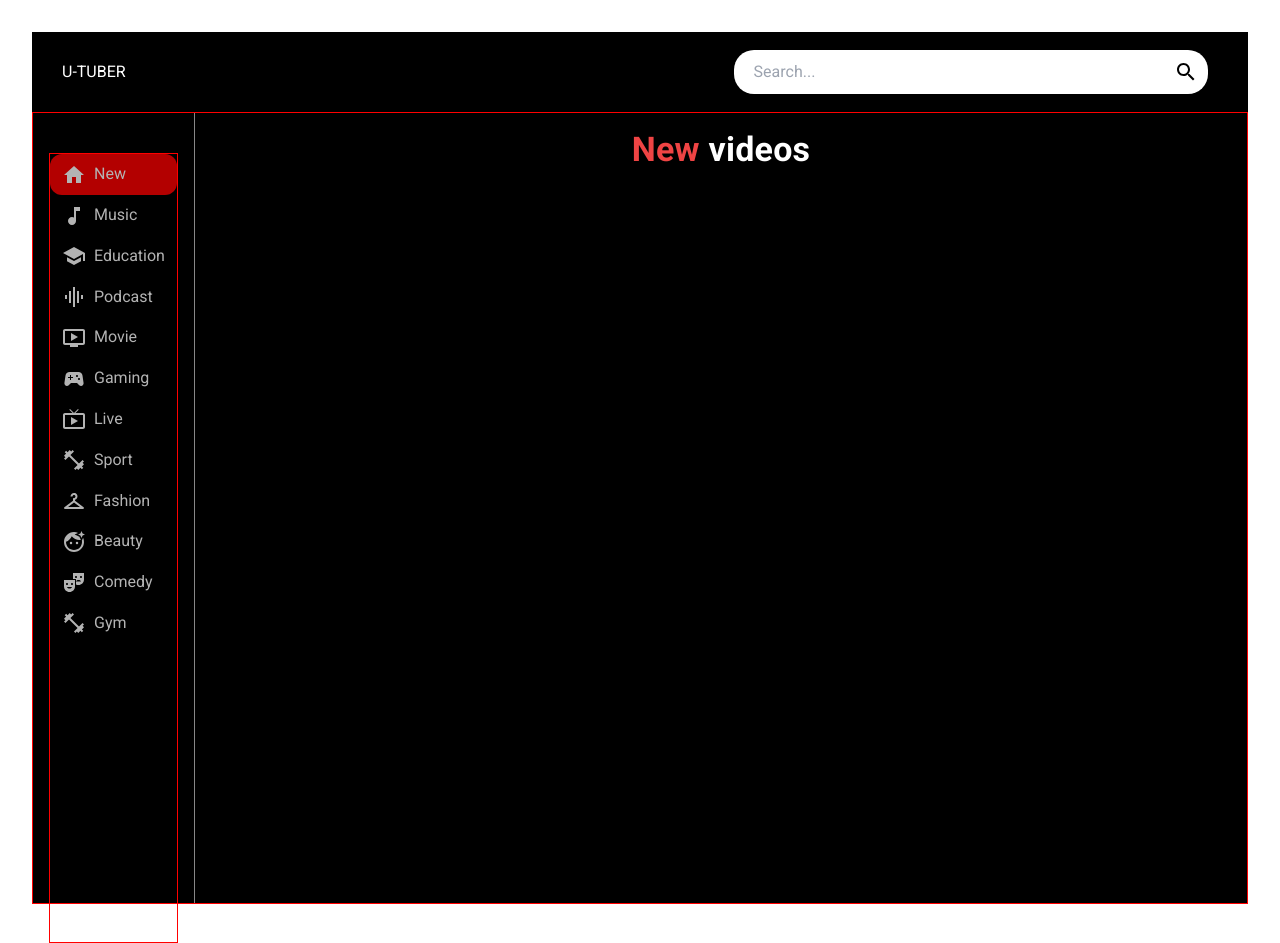
Repository: Nurlan-Bakenbaev/YoutubeClone
Page: /
An editor plug-in stored every save of this project. The page is shown before and after a run of saves, followed by the edit.
The browser window is 1280 px wide. The pictures show the whole page.
The page's requests for data from a server got no answer. The project was rebuilt for these pictures with package versions that can differ from the ones it lists, and the page was loaded fresh each time. No one was signed in, and anything a server would have sent is missing. Also part of the build but not shown: vite.config.js, src/components/VideoCard.jsx, src/components/ChannelCard.jsx, src/components/VideoDetails.jsx, src/components/SearchFeed.jsx, src/components/ChannelDetails.jsx.

Above is the page before, as saved 2023-09-08 15:43:30.

After the next 3 saves:
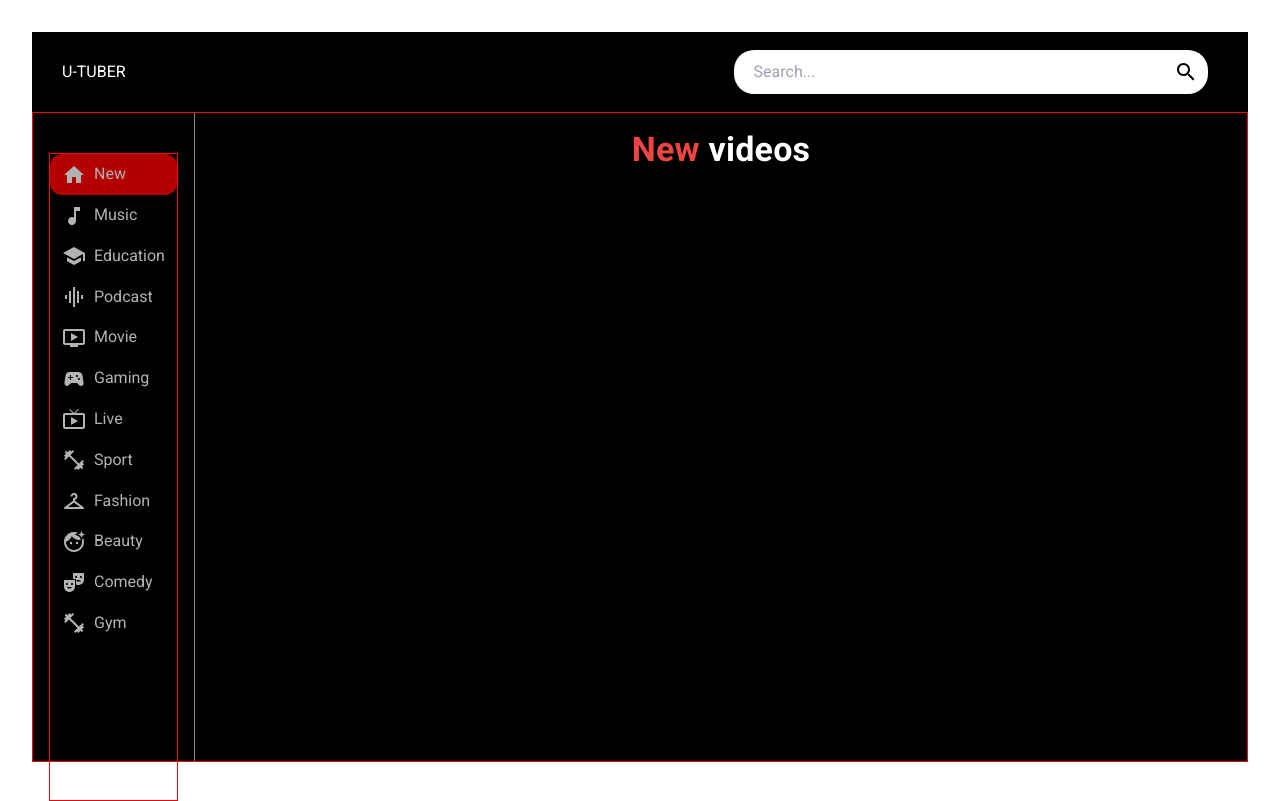
The 3 saves are shown as one change because they came seconds apart.
The last was saved 9 s later.
--- a/src/components/Feed.jsx
+++ b/src/components/Feed.jsx
@@ -17,7 +17,7 @@ const Feed = () => {
       sx={{
         flexDirection: { sx: "column", md: "row" },
         border: "1px solid red",
-        height: "110vh",
+        height: "100%",
       }}
     >
       <Box
